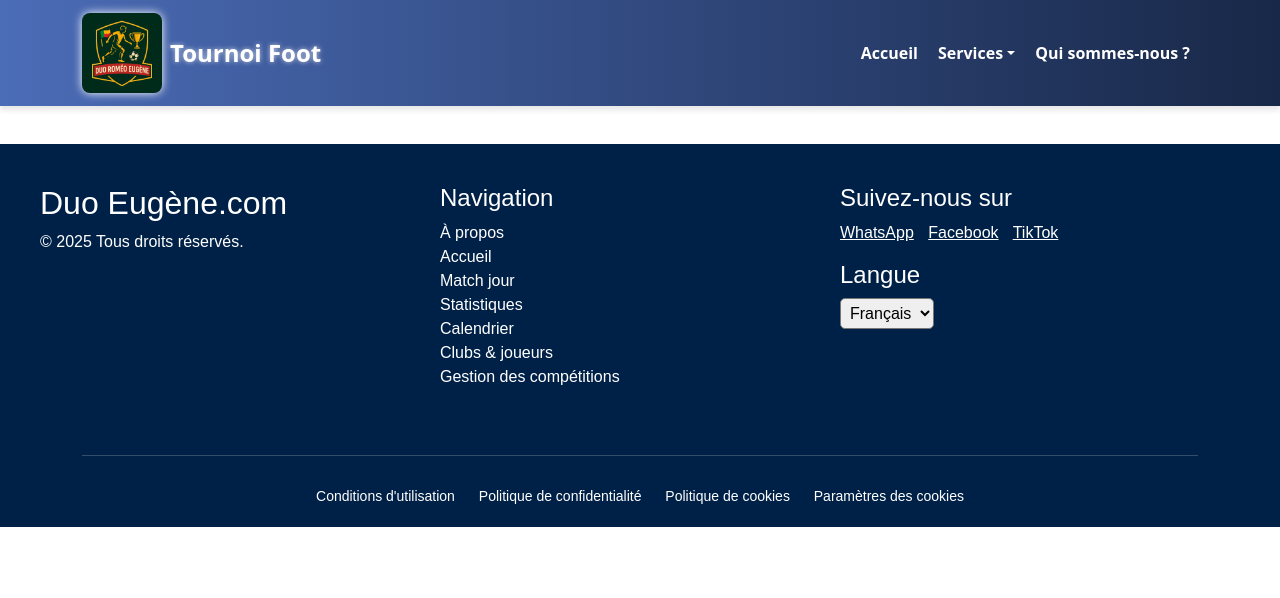
Repository: KILAYOSSI/tournoi_foot
Page: templates/pages/clubs_joueurs.html.twig
The author's editor kept a copy of each file at every save. The page is drawn from the files as they stood at one save, then again after the next save.
The browser window is 1280 px wide. The pictures show the whole page.
The page is a Twig template of a Symfony application; nobody is signed in and links lead nowhere. The template is opened directly, without the code that normally fills it, so the values that code supplies are empty.

Above is the page before, as saved 2025-06-27 03:51:07.

After the next save:
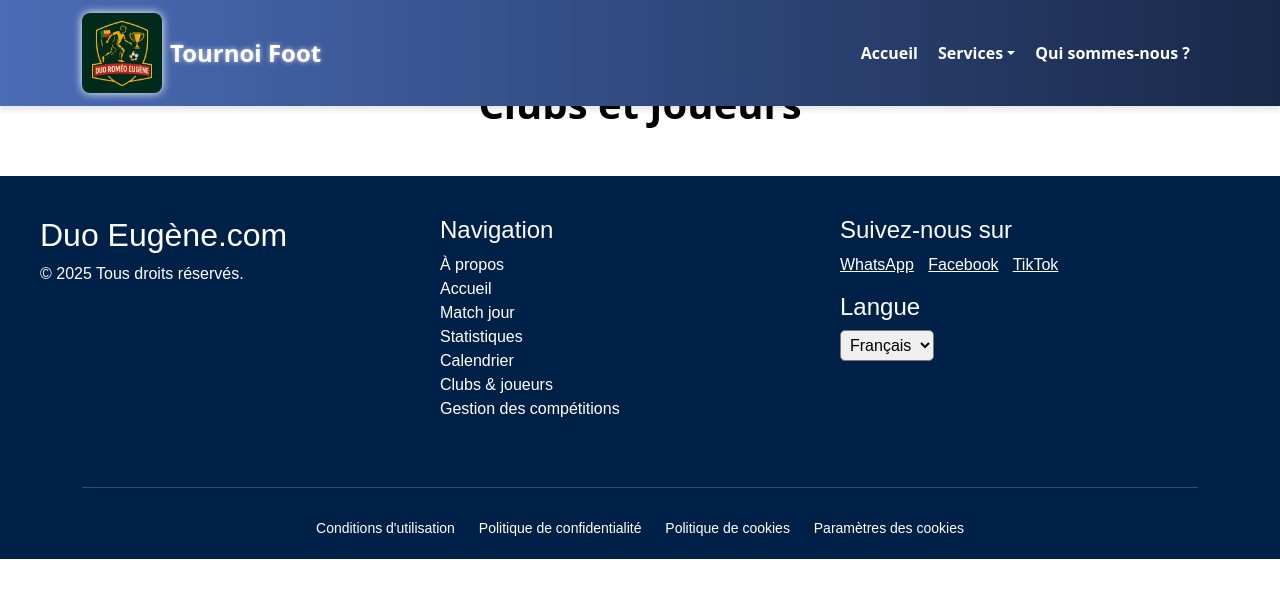
Saved 17 min 3 s later.
--- a/templates/pages/clubs_joueurs.html.twig
+++ b/templates/pages/clubs_joueurs.html.twig
@@ -4,7 +4,7 @@
 
 {% block body %}
 <div class="container my-5">
-    <h1 class="text-center mb-5 fw-bold" style="margin-top: 40px; color: #000000;">Clubs et Joueurs</h1>
+    <h1 class="text-center mb-5 fw-bold" style="margin-top: 80px; color: #000000;">Clubs et Joueurs</h1>
 
     {% for club in clubs %}
         <div class="card mb-4 shadow-sm rounded-4 border-0">
